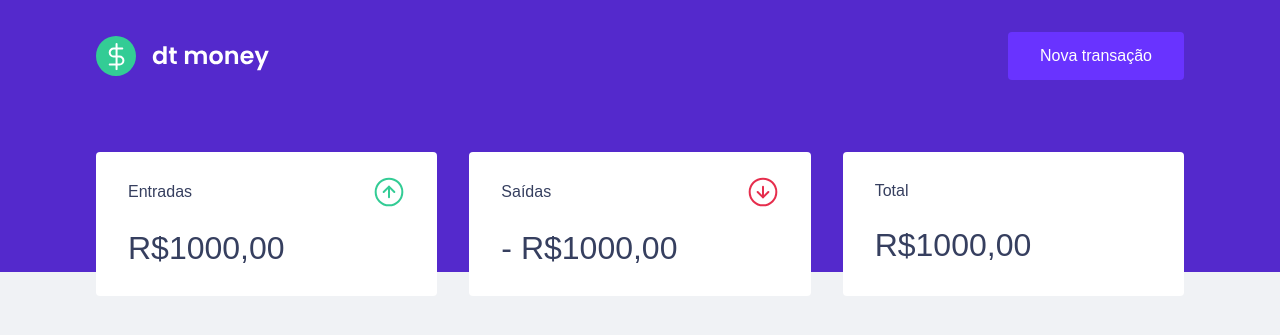
Repository: joaovnogueira/dtmoney
Page: /
These files come from the project's save history. The page is drawn as it stood at one moment and after the next save; the edit follows.
The browser window is 1280 px wide. The pictures show the whole page.
The project was rebuilt for these pictures with package versions that can differ from the ones it lists, and the page was loaded fresh each time.

Above is the page before, as saved 2022-06-21 14:47:38.

After the next save:
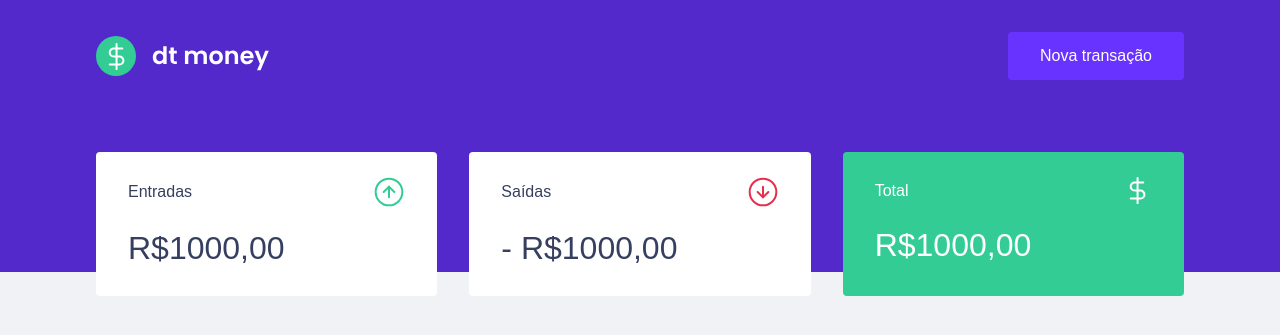
Saved 89 s later.
--- a/src/components/summary/styles.ts
+++ b/src/components/summary/styles.ts
@@ -26,7 +26,7 @@ export const Container = styled.div`
             line-height: 3rem;
         }
 
-        &.hightlight-background {
+        &.highlight-background {
             background: var(--green);
             color: #fff;
         }
